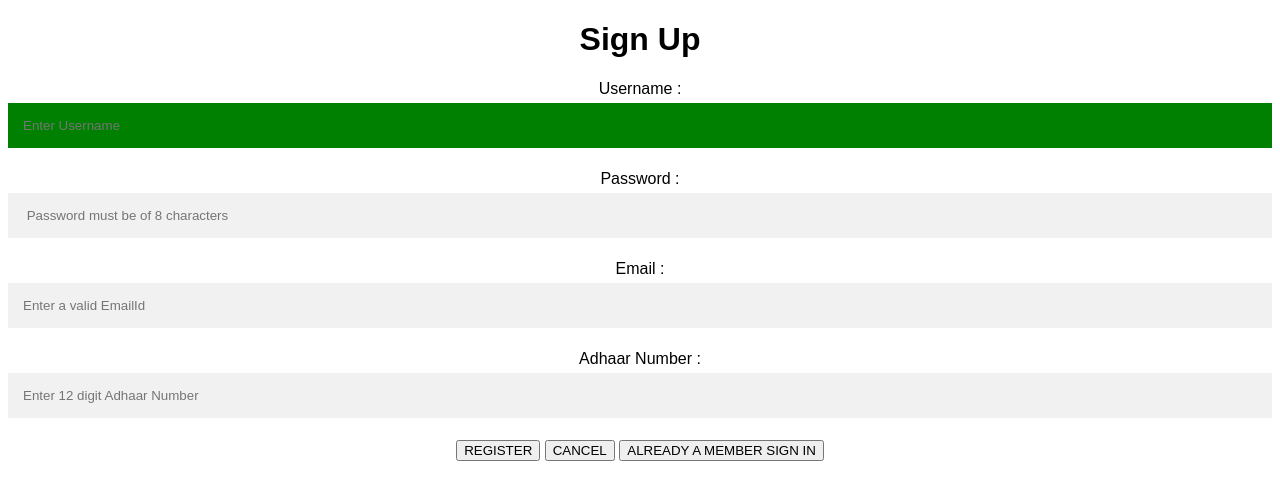
Repository: jchowdapurkar/Java-Project
Page: http://localhost/Registration/registration.jsp
These files come from the project's save history. The page is drawn as it stood at one moment and after the next save; the edit follows.
The browser window is 1280 px wide. The pictures show the whole page.
The first visible `input[type=text]` has the focus.
The page is served by Tomcat 9.

Above is the page before, as saved 2018-07-16 18:25:54.

After the next save:
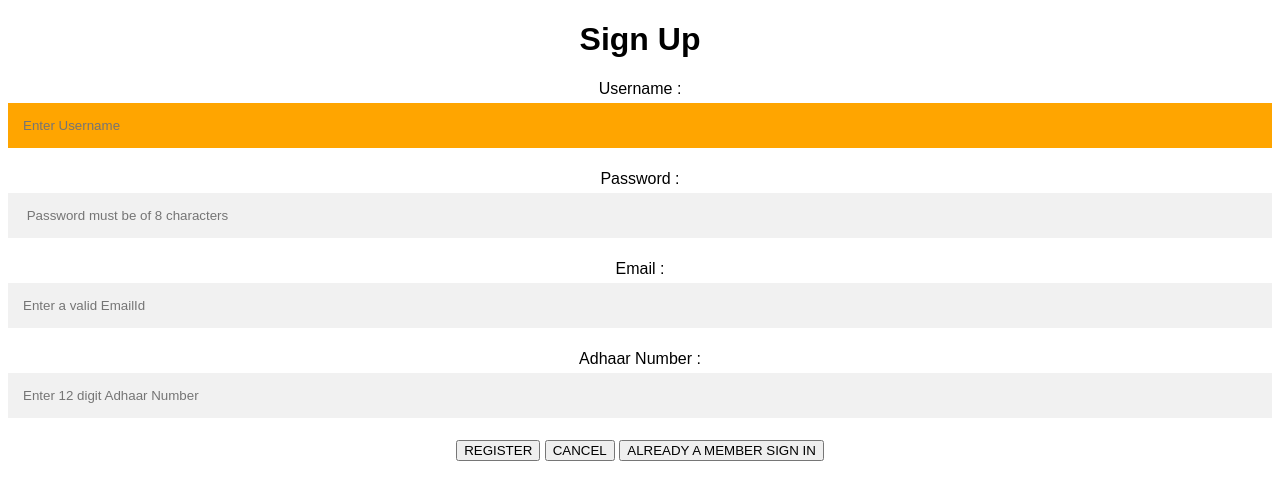
Saved 70 s later.
--- a/Task Jsp/Registration/WebContent/registration.jsp
+++ b/Task Jsp/Registration/WebContent/registration.jsp
@@ -18,7 +18,7 @@ input[type=text], input[type=password],input[type=email] {
 
 
 input[type=text]:focus, input[type=password]:focus, input[type=email]:focus {
-    background-color: green;
+    background-color: orange;
     outline: none;
 }
 
